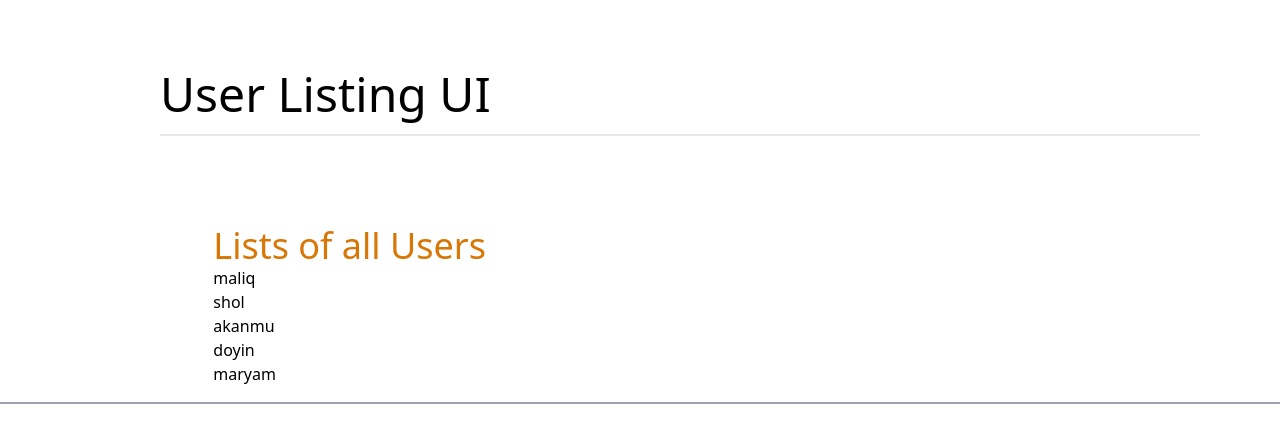
Repository: Marlstergo/listings
Page: / (app in client/)
An editor plug-in stored every save of this project. The page is shown before and after the next save, followed by the edit.
The browser window is 1280 px wide. The pictures show the whole page.
The project was rebuilt for these pictures with package versions that can differ from the ones it lists, and the page was loaded fresh each time. Also part of the build but not shown: client/craco.config.js, client/src/components/Loader.js, client/src/components/Order.js, client/src/components/Modal.js. Imported but missing from the stored project, and not drawn on this page: client/src/components/Base, client/src/components/Toppings.

Above is the page before, as saved 2021-07-20 23:38:34.

### client/src/index.js
/* eslint-disable no-unused-vars */
import React from "react";
import ReactDOM from "react-dom";
import "./index.css";
import App from "./App";
import reportWebVitals from "./reportWebVitals";
import { BrowserRouter } from "react-router-dom";
import { Provider } from "react-redux";
import { store } from "./redux/store";
import { PersistGate } from "redux-persist/integration/react";
import { persistor } from "./redux/store";

ReactDOM.render(
  <React.StrictMode>
    <Provider store={store}>
      <BrowserRouter>
        <PersistGate persistor={persistor}>
          <App />
        </PersistGate>
      </BrowserRouter>
    </Provider>
  </React.StrictMode>,
  document.getElementById("root")
);

// If you want to start measuring performance in your app, pass a function
// to log results (for example: reportWebVitals(console.log))
// or send to an analytics endpoint. Learn more: https://bit.ly/CRA-vitals
reportWebVitals();

### client/src/App.js
import React, { useState } from 'react';
import { Route, Switch, useLocation } from "react-router-dom";
import Header from './components/Header';
import Home from './components/Home';
import Base from './components/Base';
import Toppings from './components/Toppings';
import Order from './components/Order';
import Modal from './components/Modal';
import { AnimatePresence } from 'framer-motion';

function App() {
  const location = useLocation();
  const showModal = true;

  return (
    <>
      <Header />
      {/* <Modal showModal={showModal} /> */}
      <AnimatePresence exitBeforeEnter>
        <Switch location={location} key={location.key}>
          <Route path="/">
            <Home />
          </Route>
          <Route path="/createUpdateUser">
            <Toppings />
          </Route>
          <Route path="/order">
            <Order />
          </Route>
          <Route path="/">
            <Home />
          </Route>
        </Switch>
      </AnimatePresence>

    </>
  );
}

export default App;

### client/src/redux/store.js
import { createStore, applyMiddleware } from "redux";
import { logger } from 'redux-logger';
import {persistStore} from 'redux-persist';
// import thunk from 'redux-thunk'
import createSagaMiddleware from 'redux-saga'

import rootSaga from './root-sagas'

import rootReducer from './root-reducer';

const sagaMiddleware = createSagaMiddleware()

const middleware = [sagaMiddleware];

if( process.env.NODE_ENV === 'development'){
    middleware.push(logger)
}

export const store = createStore(rootReducer, applyMiddleware(...middleware))

sagaMiddleware.run(rootSaga)

export const persistor = persistStore(store)

export default (store, persistor);

### client/src/components/Header.js
import React from 'react';
import { motion } from 'framer-motion';

const svgVariants = {
  hidden: { rotate: -180 },
  visible: {
    rotate: 0,
    transition: { duration : 1 }
  },
}

const pathVariants = {
  hidden: {
    opacity: 0,
    pathLength: 0,
  },
  visible: {
    opacity: 1,
    pathLength: 1,
    transition: {
      duration: 2,
      ease: "easeInOut",
    }
  }
};


const Header = () => {
  return (
    <header className='flex p-20  items-center'>
      <motion.div className="logo"
        drag
        dragConstraints={{ left: 0, top: 0, right: 0, bottom: 0 }}
        dragElastic={0.7}
      >
        <motion.svg className="w-14 overflow-visible" xmlns="http://www.w3.org/2000/svg" viewBox="0 0 100 100"
          variants={svgVariants}
          initial="hidden"
          animate="visible"
        >
          <motion.path
            fill="none"
            d="M40 40 L80 40 C80 40 80 80 40 80 C40 80 0 80 0 40 C0 40 0 0 40 0Z"
            variants={pathVariants}
          />
          <motion.path
            fill="none"
            d="M50 30 L50 -10 C50 -10 90 -10 90 30 Z"
            variants={pathVariants}
          />
        </motion.svg>
      </motion.div>
      <motion.div className=" flex-grow ml-6 text-xs"
        initial={{ y: -250}}
        animate={{ y: -10 }}
        transition={{ delay: 0.2, type: 'spring', stiffness: 120 }}
      >
        <h1 className="border-b-2 pb-4 text-5xl">User Listing UI</h1>
      </motion.div>
    </header>
  )
}

export default Header;

### client/src/components/Home.js
import React from "react";
import { Link } from "react-router-dom";
import { motion } from "framer-motion";
import Loader from "./Loader";



const containerVariants = {
  hidden: {
    opacity: 0,
  },
  visible: {
    opacity: 1,
    transition: { delay: 1.5, duration: 1.5 },
  },
  exit: {
    x: "-100vh",
    transition: { ease: "easeInOut" },
  },
};
const users = ["maliq", "shol", "akanmu", "doyin", "maryam"];
const Home = () => {
  return (
    <motion.div
      className="  pb-4 mb-4 border-b-2 border-gray-400 flex flex-col items-center"
      variants={containerVariants}
      initial="hidden"
      animate="visible"
      exit="exit"
    >
      <div className="w-2/3 ">
        <h1 className="text-yellow-600 text-4xl">Lists of all Users</h1>
        <ul className="pl-[15px]">
          {users.map(
            (user , idx) => (
              <li key={idx}>{user}</li>
            )
          )}

        </ul>
        {/* <table className="min-w-full divide-y divide-gray-200">
          <thead>
            <tr>
              <th className="px-6 py-3 bg-gray-50 text-left text-xs font-medium text-gray-500 uppercase tracking-wider">
                Transaction
              </th>
              <th className="px-6 py-3 bg-gray-50 text-right text-xs font-medium text-gray-500 uppercase tracking-wider">
                Amount
              </th>
              <th className="hidden px-6 py-3 bg-gray-50 text-left text-xs font-medium text-gray-500 uppercase tracking-wider md:block">
                Status
              </th>
              <th className="px-6 py-3 bg-gray-50 text-right text-xs font-medium text-gray-500 uppercase tracking-wider">
                Date
              </th>
            </tr>
          </thead>
        </table> */}
      </div>
    </motion.div>
  );
};

export default Home;

### client/src/redux/root-sagas.js
import {all, call} from 'redux-saga/effects'
import {userSagas} from './user/user.sagas'


export default function* rootSaga(){
    yield all([
        call(userSagas),
    ])
}

### client/src/redux/root-reducer.js
import {combineReducers} from 'redux'
import userReducer from './user/user.reducer'
// import cartReducer from './cart/cart.reducer'
import {persistReducer} from 'redux-persist'
import storage from 'redux-persist/lib/storage'
// import directoryReducer from './directory/directory.reducer'
// import shopReducer from './shop/shop.reducer'

const persistConfig ={
    key: 'root',
    storage,
    whitelist: ['' ]
}
const rootReducer = combineReducers({
    user: userReducer,

})
export default persistReducer(persistConfig, rootReducer)

### client/src/redux/user/user.sagas.js
import { all, call, put, takeLatest } from "redux-saga/effects";

import UserActionTypes from "./user.types";
import { loadUserDetail } from "./user.action";
// import axios from "axios";
// import { getUserDetailsURL } from "../../components/stringConstants";

export function* getDetails() {
  yield console.log("i fired");

  // try {
  //   console.log("inside try");

  //   const res = yield axios.get(getUserDetailsURL);
  //   const data = yield res.data;
  //   console.log(res);
  //   yield put(loadUserDetail(data ? data.data[0] : {}));
  // } catch (err) {
  //   console.log(err.response);
  //   if (err.response && err.response.statusText === "Not Found") {
  //     // console.log("");
  //     window.location.href = "/profile/settings?newUser=0837";
  //   }
  // }
}

export function* getUserDetails() {
  yield takeLatest(UserActionTypes.GET_USER_DETAIL, getDetails);
}
// export function* loadUserDetails(){
//     yield takeLatest(UserActionTypes.LOAD_USER_DETAIL, loadDetails)
// }

export function* userSagas() {
  yield all([call(getUserDetails)]);
}

### client/src/redux/user/user.reducer.js
import UserActionTypes from "./user.types";
const INITIAL_STATE = {
  // currentUser: null,
  userDetail: {},
  demo: 'i am demo',
  location: null

};
const userReducer = (state = INITIAL_STATE, action) => {
  switch (action.type) {

    case UserActionTypes.LOAD_USER_DETAIL:
      return {
        ...state,
        userDetail: action.payload,
      };

    case UserActionTypes.COLLECT_GEOLOCATION:
      return {
        ...state,
        location: action.payload
      }
    default:
      return state;
  }
};

export default userReducer;

### client/src/redux/user/user.types.js
const UserActionTypes ={
    GOOGLE_SIGN_IN_START : 'GOOGLE_SIGN_IN_START',
    SIGN_IN_SUCCESS : 'SIGN_IN_SUCCESS',
    SIGN_IN_FAILURE : 'SIGN_IN_FAILURE',
    GET_USER_DETAIL: 'GET_USER_DETAIL',
    LOAD_USER_DETAIL: 'LOAD_USER_DETAIL',
    COLLECT_GEOLOCATION: 'COLLECT_GEOLOCATION',
    FETCH_GEOLOCATION: 'FETCH_GEOLOCATION'
}
export default UserActionTypes;

### client/src/redux/user/user.action.js
import UserActionTypes from './user.types'



// export const googleSignInStart = () => ({
//     type: UserActionTypes.GOOGLE_SIGN_IN_START
// })

// export const signInSuccess = (user) => ({
//     type: UserActionTypes.SIGN_IN_SUCCESS,
//     payload: user
// })

export const getUserDetail = () => ({
    type: UserActionTypes.GET_USER_DETAIL,

})
export const loadUserDetail = (details) => ({
    type: UserActionTypes.LOAD_USER_DETAIL,
    payload: details
})

export const fetchGeoloction = () => ({
    type: UserActionTypes.FETCH_GEOLOCATION
})
export const collectGeolocation = (location) => ({
    type: UserActionTypes.COLLECT_GEOLOCATION,
    payload: location
})
// })

### client/tailwind.config.js
  // tailwind.config.js
  module.exports = {
    // mode:'jit',
    purge: ['./src/**/*.{js,jsx,ts,tsx}', './public/index.html'],
     darkMode: false, // or 'media' or 'class'
     theme: {
       extend: {},
     },
     variants: {
       extend: {},
     },
     plugins: [],
   }

Loaded but not shown: client/public/index.html (common file); client/src/index.css (common file); client/src/reportWebVitals.js (common file)

After the next save:
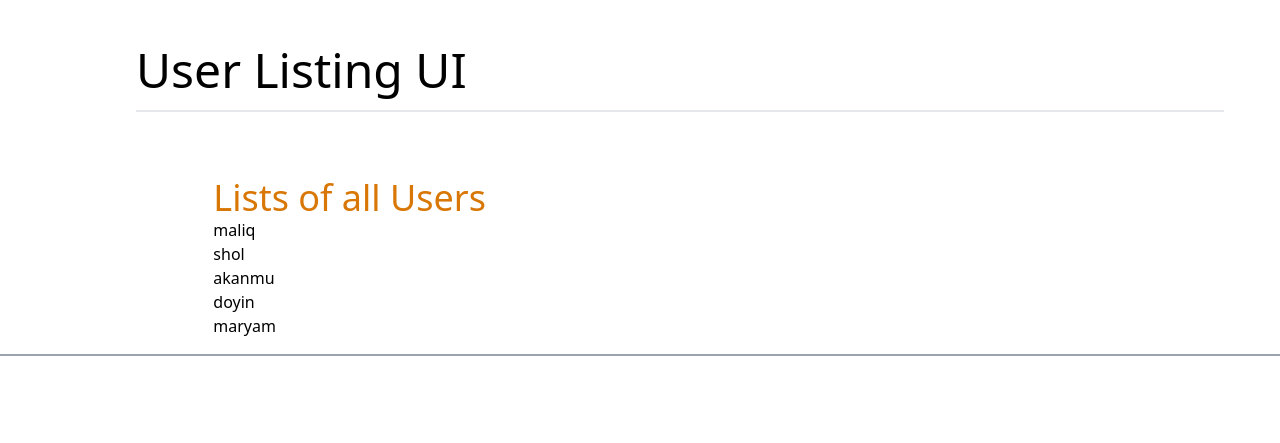
Saved 7 s later.
--- a/client/src/components/Header.js
+++ b/client/src/components/Header.js
@@ -27,7 +27,7 @@ const pathVariants = {
 
 const Header = () => {
   return (
-    <header className='flex p-20  items-center'>
+    <header className='flex p-14  items-center'>
       <motion.div className="logo"
         drag
         dragConstraints={{ left: 0, top: 0, right: 0, bottom: 0 }}
